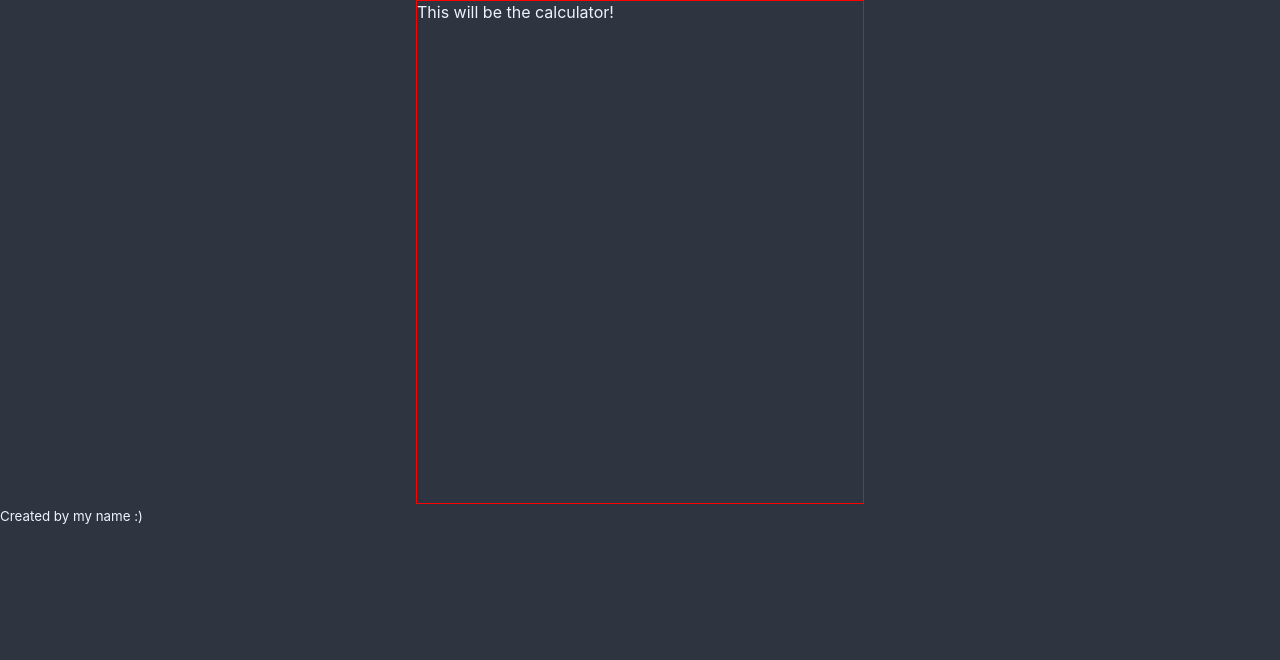
Repository: asing44/FCC
Page: / (app in Front-End-Projects/Calculator/)
These files come from the project's save history. The page is drawn as it stood at one moment and after the next save; the edit follows.
The browser window is 1280 px wide. The pictures show the whole page.
The project was rebuilt for these pictures with package versions that can differ from the ones it lists, and the page was loaded fresh each time. Also part of the build but not shown: Front-End-Projects/Calculator/vite.config.js.

Above is the page before, as saved 2024-10-11 18:09:41.

### Front-End-Projects/Calculator/src/assets/main.css
@import './base.css';

#app {
  height: 100vh;
  font-weight: normal;
}

.u_content-center {
  display: grid;
  place-content: center;
}

main {
  display: grid;
  place-content: center;
}

small {
  margin-top: 1rem;
}

### Front-End-Projects/Calculator/src/App.vue
<script setup>
  import Calculator from './Calculator.vue';
</script>

<template>
  <div class="u-centerAlign">
    <main>
      <Calculator />
    </main>
    <small>Created by my name :)</small>
  </div>
</template>

<style scoped>
  small {
    margin-top: 1rem;
  }
</style>

### Front-End-Projects/Calculator/src/assets/base.css
:root {
  --Color-background: #2E3440;
  --Color-text: #ECF3FF;
}

*,
*::before,
*::after {
  box-sizing: border-box;
  margin: 0;
  font-weight: normal;
  transition: all 400ms ease;
}

body {
  min-height: 100vh;
  color: var(--Color-text);
  background: var(--Color-background);
  line-height: 1.4;
  font-family:
    Inter,
    -apple-system,
    BlinkMacSystemFont,
    'Segoe UI',
    Roboto,
    Oxygen,
    Ubuntu,
    Cantarell,
    'Fira Sans',
    'Droid Sans',
    'Helvetica Neue',
    sans-serif;
  font-size: 16px;
  text-rendering: optimizeLegibility;
  -webkit-font-smoothing: antialiased;
  -moz-osx-font-smoothing: grayscale;
}

### Front-End-Projects/Calculator/src/Calculator.vue
<script setup>

</script>

<template>
    <p>This will be the calculator!</p>
</template>

<style scoped>
    p {
        height: 70vh;
        width: 35vw;
        border: 1px solid red;
    }
</style>

Loaded but not shown: Front-End-Projects/Calculator/index.html (common file); Front-End-Projects/Calculator/src/main.js (common file)

After the next save:
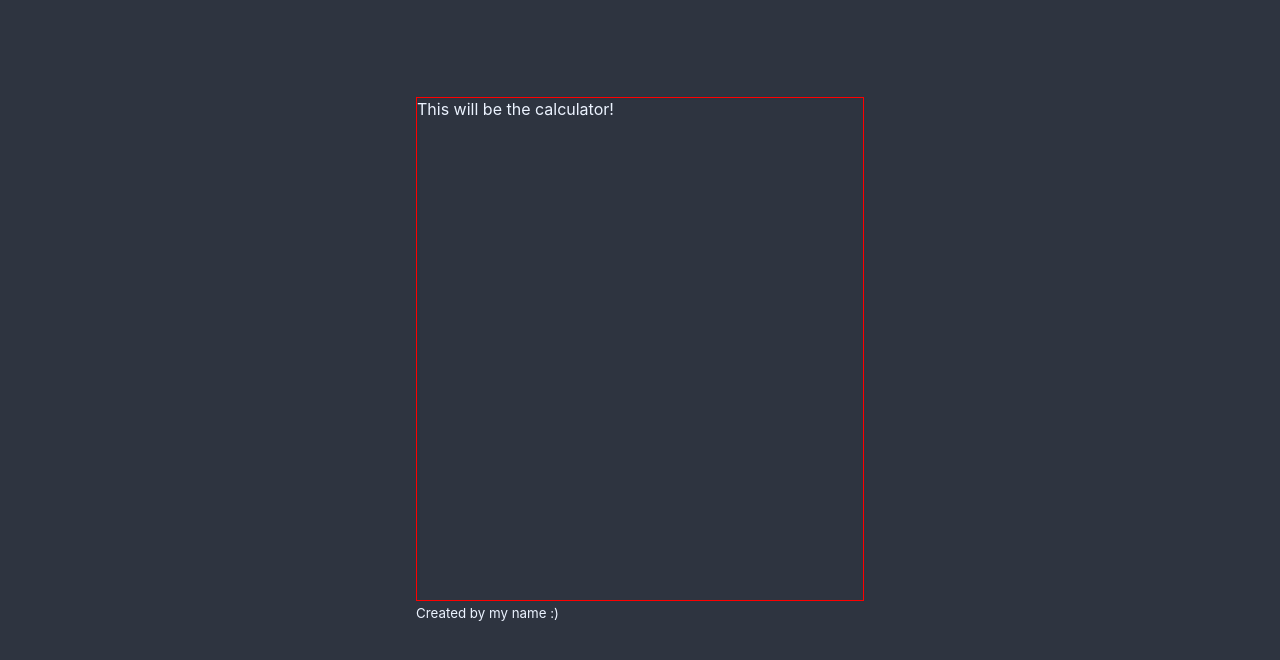
Saved 25 s later.
--- a/Front-End-Projects/Calculator/src/assets/main.css
+++ b/Front-End-Projects/Calculator/src/assets/main.css
@@ -2,6 +2,8 @@
 
 #app {
   height: 100vh;
+  display: grid;
+  place-content: center;
   font-weight: normal;
 }
 
